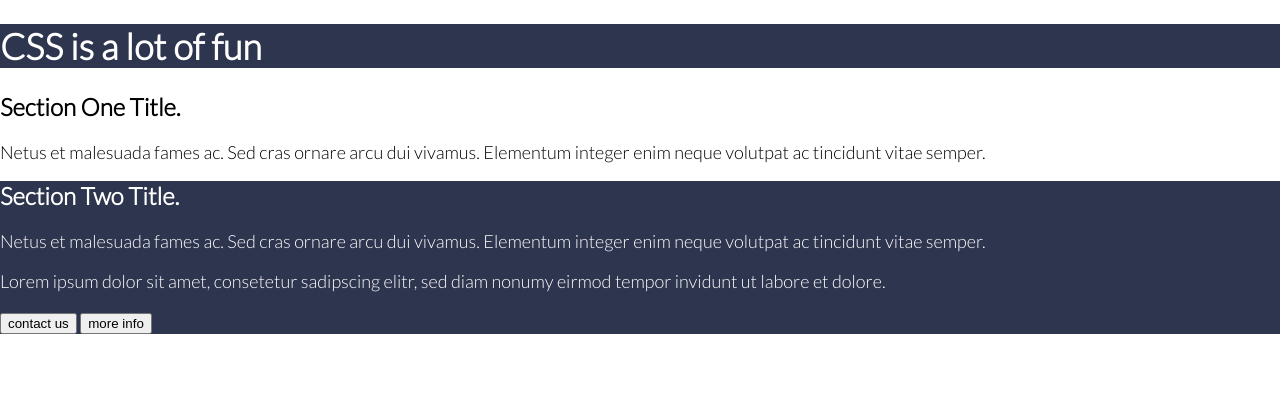
Repository: Doumham-Armah/sample-landing-page
Page: index.html
These files come from the project's save history. The page is drawn as it stood at one moment and after the next save; the edit follows.
The browser window is 1280 px wide. The pictures show the whole page.

Above is the page before, as saved 2021-08-16 12:33:23.

After the next save:
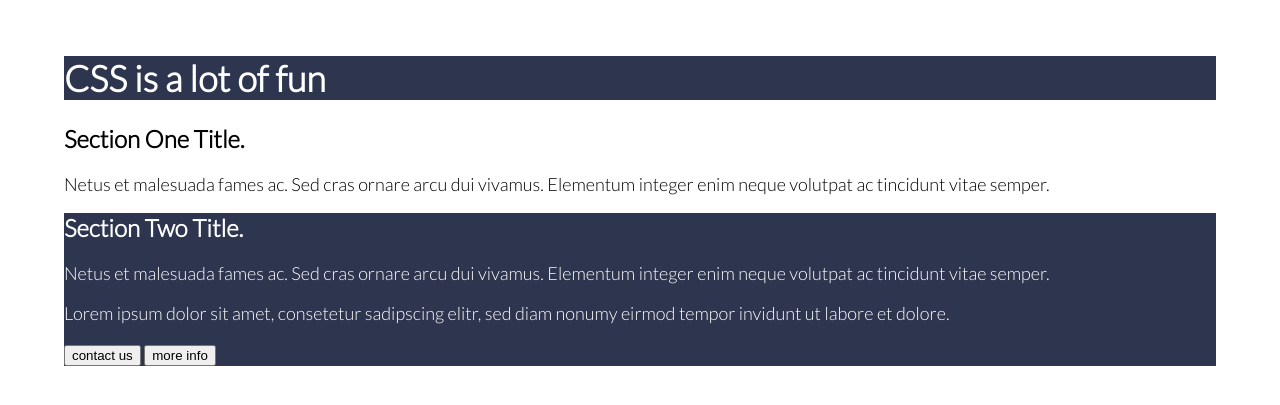
Saved 92 s later.
--- a/style.css
+++ b/style.css
@@ -2,6 +2,7 @@ body {
   margin: 0;
   font-family: "Lato", sans-serif;
   font-size: 18px;
+  padding: 2rem 4rem;
 }
 header,
 .two {
